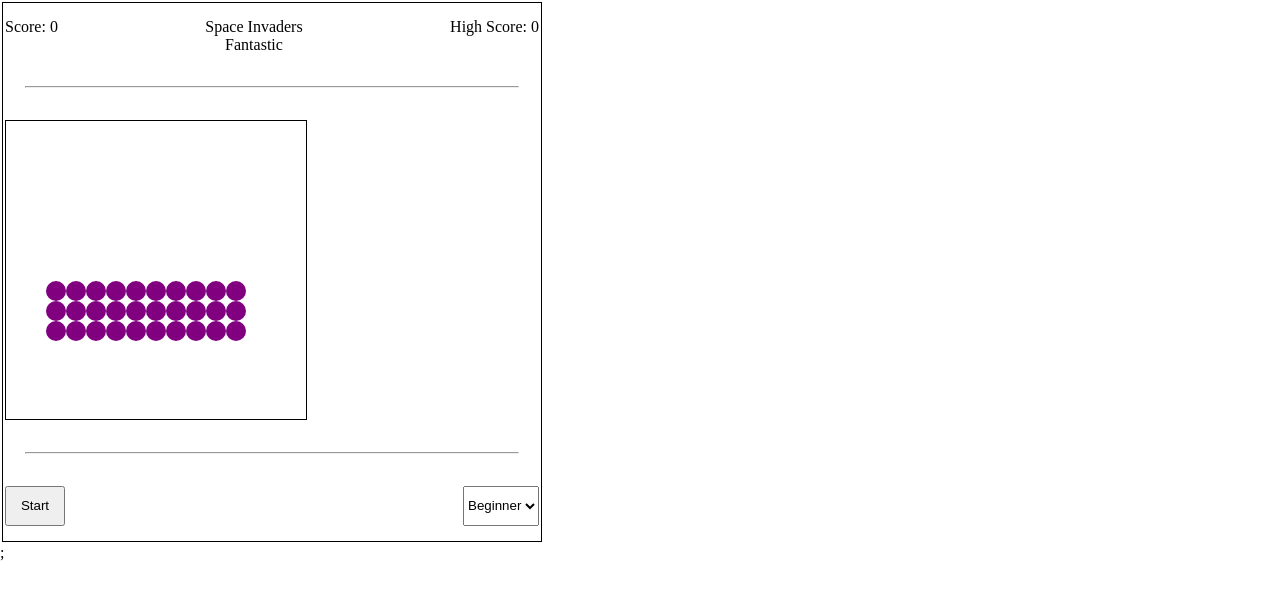
Repository: baziz22/Vanilla_JS_Projects
Page: space invaders/index.html
These files come from the project's save history. The page is drawn as it stood at one moment and after the next save; the edit follows.
The browser window is 1280 px wide. The pictures show the whole page.

Above is the page before, as saved 2022-02-20 02:43:40.

### space invaders/index.html
<!DOCTYPE html>
<html lang="en">
  <head>
    <meta charset="UTF-8" />
    <meta http-equiv="X-UA-Compatible" content="IE=edge" />
    <meta name="viewport" content="width=device-width, initial-scale=1.0" />
    <link rel="stylesheet" href="style.css" />
    <title>Space Invaders</title>
  </head>
  <body>
    <div id="scene">
      <div id="scene-header">
        <div>Score: <span id="score">0</span></div>
        <div id="scene-messages">
          <div id="game-title">Space Invaders</div>
          <div id="messages">Fantastic</div>
        </div>

        <div>High Score: <span id="high-score">0</span></div>
      </div>
      <hr />
      <div id="scene-body">
        <div class="grid"></div>
      </div>
      <hr />
      <div id="scene-footer">
        <button id="start-btn">Start</button>
        <select id="level" title="levels">
          <option value="beginner">Beginner</option>
          <option value="medium">Medium</option>
          <option value="hard">Hard</option>
        </select>
      </div>
    </div>
    ;

    <script src="script.js"></script>
  </body>
</html>

### space invaders/style.css
* {
  padding: 0;
  margin: 0;
  box-sizing: border-box;
}
#scene {
  max-width: 75vh;
  min-height: 75vh;
  padding: 2px;
  margin: 2px;
  border: 1px solid black;
  display: flex;
  flex-direction: column;
  justify-content: space-around;
}
#scene-header {
  display: flex;
  justify-content: space-between;
}
#scene-messages {
  display: flex;
  flex-direction: column;
  justify-items: center;
  text-align: center;
  align-items: center;
}

#scene-body {
}
#scene-footer {
  display: flex;
  justify-content: space-between;
}

#start-btn {
  width: 60px;
  height: 40px;
}

hr {
  margin: 5px 20px;
}

.grid {
  max-width: 302px;
  height: 300px;
  border: 1px solid black;
  display: flex;
  flex-wrap: wrap;
}
.grid div {
  width: 20px;
  height: 20px;
}
.invader {
  background-color: purple;
  border-radius: 10px;
}
.shooter {
  background-color: green;
}
.laser {
  background-color: orange;
}

### space invaders/script.js
const grid = document.querySelector('.grid');
let currentShooterIndex = 202;
let width = 15;
let direction = 1;
let invadersId;
let goingRight = true;
const resultDisplay = document.querySelector('#messages');

for (let i = 0; i < 225; i++) {
  const square = document.createElement('div');
  grid.appendChild(square);
}
const squares = Array.from(document.querySelectorAll('.grid div'));

const alienInvaders = [
  0, 1, 2, 3, 4, 5, 6, 7, 8, 9, 15, 16, 17, 18, 19, 20, 21, 22, 23, 24, 30, 31,
  32, 33, 34, 35, 36, 37, 38, 39,
];
function draw() {
  for (let i = 0; i < alienInvaders.length; i++) {
    squares[alienInvaders[i]].classList.add('invader');
  }
}
draw();

function remove() {
  for (let i = 0; i < alienInvaders.length; i++) {
    squares[alienInvaders[i]].classList.remove('invader');
  }
}

//squares[currentShooterIndex].classList.add('shooter');

function moveShooter(e) {
  squares[currentShooterIndex].classList.remove('shooter');
  switch (e.key) {
    case 'ArrowLeft':
      if (currentShooterIndex % width !== 0) currentShooterIndex -= 1;
      break;
    case 'ArrowRight':
      if (currentShooterIndex % width < width - 1) currentShooterIndex += 1;
      break;
  }
  // redraw the shooter in its new position
  squares[currentShooterIndex].classList.add('shooter');
}
document.addEventListener('keydown', moveShooter);

function moveInvaders() {
  const leftEdge = alienInvaders[0] % width === 0;
  const rightEdge =
    alienInvaders[alienInvaders.length - 1] % width === width - 1;
  remove();

  if (rightEdge && goingRight) {
    for (let i = 0; i < alienInvaders.length; i++) {
      alienInvaders[i] += width + 1;
      direction = -1;
      goingRight = false;
    }
  }
  if (leftEdge && !goingRight) {
    for (let i = 0; i < alienInvaders.length; i++) {
      alienInvaders[i] += width - 1;
      direction = 1;
      goingRight = true;
    }
  }
  for (let i = 0; i < alienInvaders.length; i++) {
    alienInvaders[i] += direction;
  }
  draw();

  if (squares[currentShooterIndex].classList.contains('invader', 'shooter')) {
    resultDisplay.innerHTML = 'GAME OVER';
    console.log('GAME OVER');
    clearInterval(invadersId);
  }
  console.log('length: ', squares.length);
  for (let i = 0; i < alienInvaders.length; i++) {
    console.log(alienInvaders[i]);
    if (alienInvaders[i] > squares.length) {
      resultDisplay.innerHTML = 'GAME OVER';
      console.log('boOoOom');
      clearInterval(invadersId);
    }
  }
}
invadersId = setInterval(moveInvaders, 100);

function shoot(e) {
  let laserId;
  let currentLaserIndex = currentShooterIndex;
  function moveLaser() {
    squares[currentLaserIndex].classList.remove('laser');
    currentLaserIndex -= width;
    squares[currentLaserIndex].classList.add('laser');
  }
  switch (e.key) {
    case 'ArrowUp':
      laserId = setInterval(moveLaser, 100);
  }
}

After the next save:
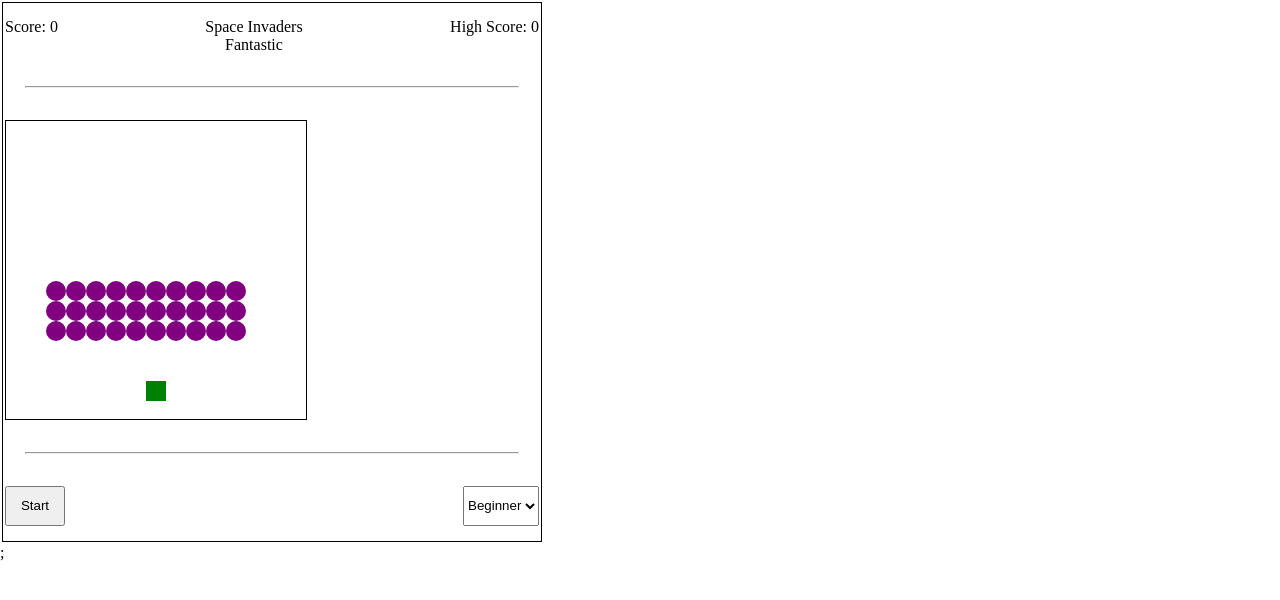
Saved 45 s later.
--- a/space invaders/script.js
+++ b/space invaders/script.js
@@ -29,7 +29,7 @@ function remove() {
   }
 }
 
-//squares[currentShooterIndex].classList.add('shooter');
+squares[currentShooterIndex].classList.add('shooter');
 
 function moveShooter(e) {
   squares[currentShooterIndex].classList.remove('shooter');
